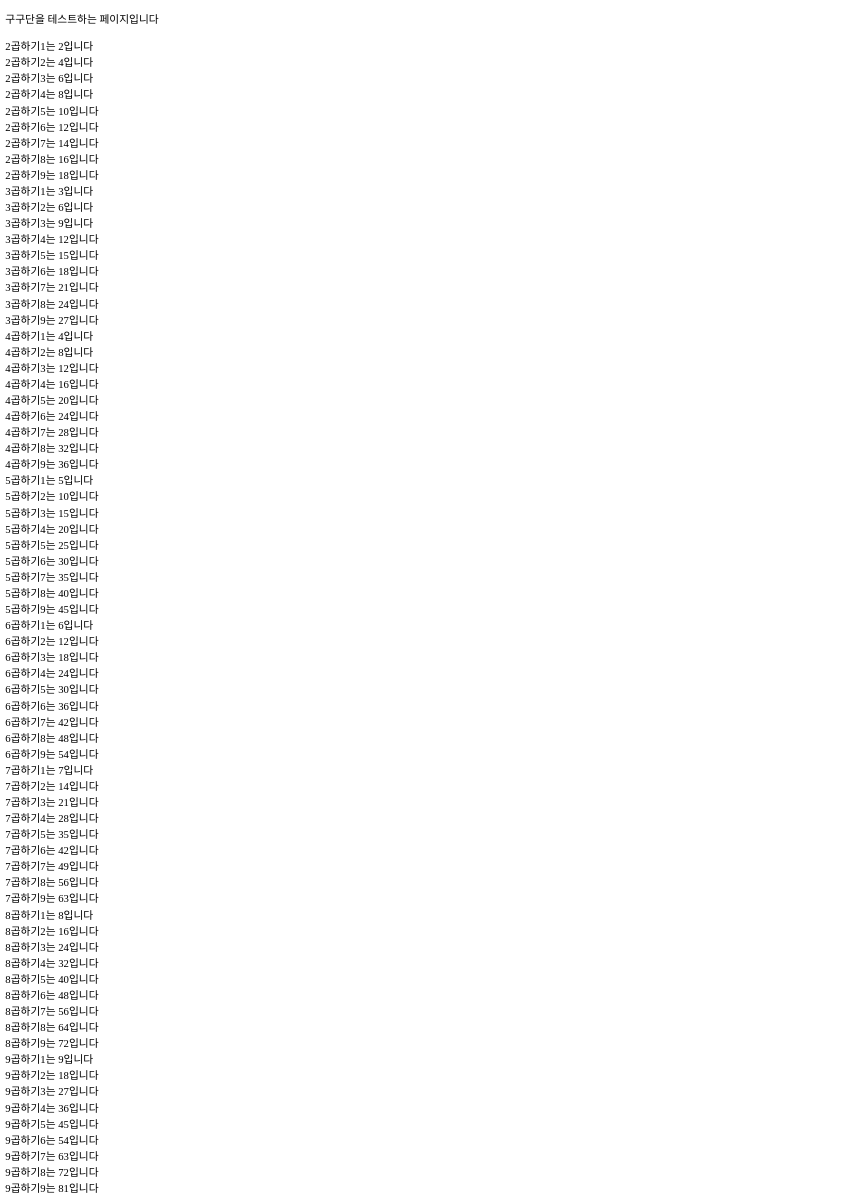
Repository: junyoung4213/JSP
Page: http://localhost/lec09_exercise/gugudan.jsp
These files come from the project's save history. The page is drawn as it stood at one moment and after the next save; the edit follows.
The browser window is 1280 px wide. The pictures show the whole page, at 67% of full size.
The page is served by Tomcat 9.

Above is the page before, as saved 2020-04-09 08:54:55.

### lecture/lec09_exercise/WebContent/gugudan.jsp
<%@ page language="java" contentType="text/html; charset=UTF-8"
	pageEncoding="UTF-8"%>
<!DOCTYPE html>
<html>
<head>
<meta charset="UTF-8">
<title>Insert title here</title>
</head>
<body>
	<p>구구단을 테스트하는 페이지입니다</p>
	<%
		for (int i = 2; i <= 9; i++) {
			for (int j = 1; j <= 9; j++) {
				%>
				<%=i%>곱하기<%=j %>는 <%=i*j %>입니다<br>
				<%
			}
		}
	%>

</body>
</html>

### lecture/lec09_exercise/WebContent/star.jsp
<%@ page language="java" contentType="text/html; charset=UTF-8"
    pageEncoding="UTF-8"%>
<!DOCTYPE html>
<html>
<head>
<meta charset="UTF-8">
<title>별찍기</title>
</head>
<body>
	<p>별찍기를 테스트하는 곳입니다</p>
	<%
		for(int i=0;i<=10;i++){
			for(int j=0;j<=10;j++){
				%>
				 *
				<%
			}
			%>
			<br>
			<%
		}

	%>
</body>
</html>

After the next save:
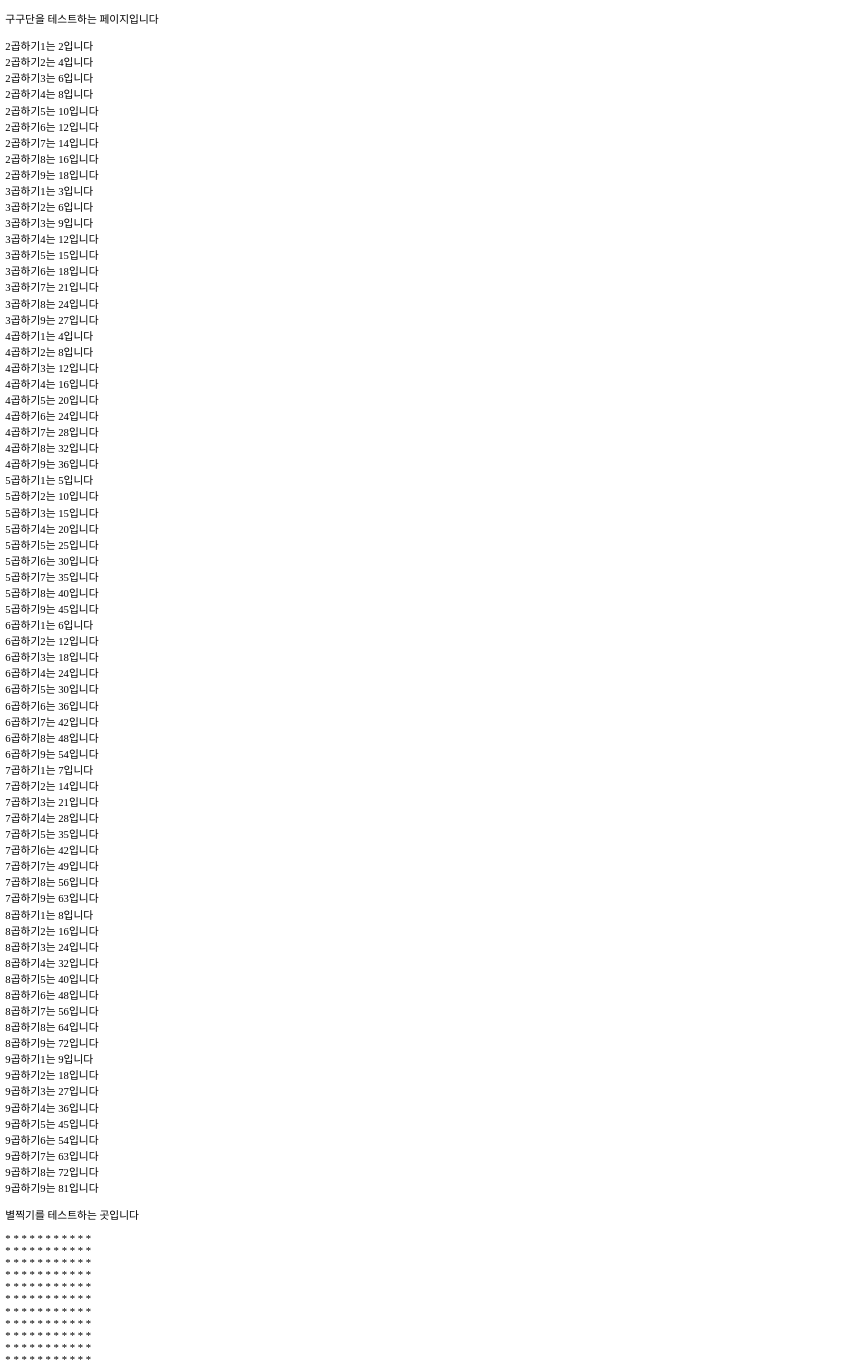
Saved 27 s later.
--- a/lecture/lec09_exercise/WebContent/gugudan.jsp
+++ b/lecture/lec09_exercise/WebContent/gugudan.jsp
@@ -17,6 +17,7 @@
 			}
 		}
 	%>
+	<%@include file="star.jsp" %>
 
 </body>
 </html>
